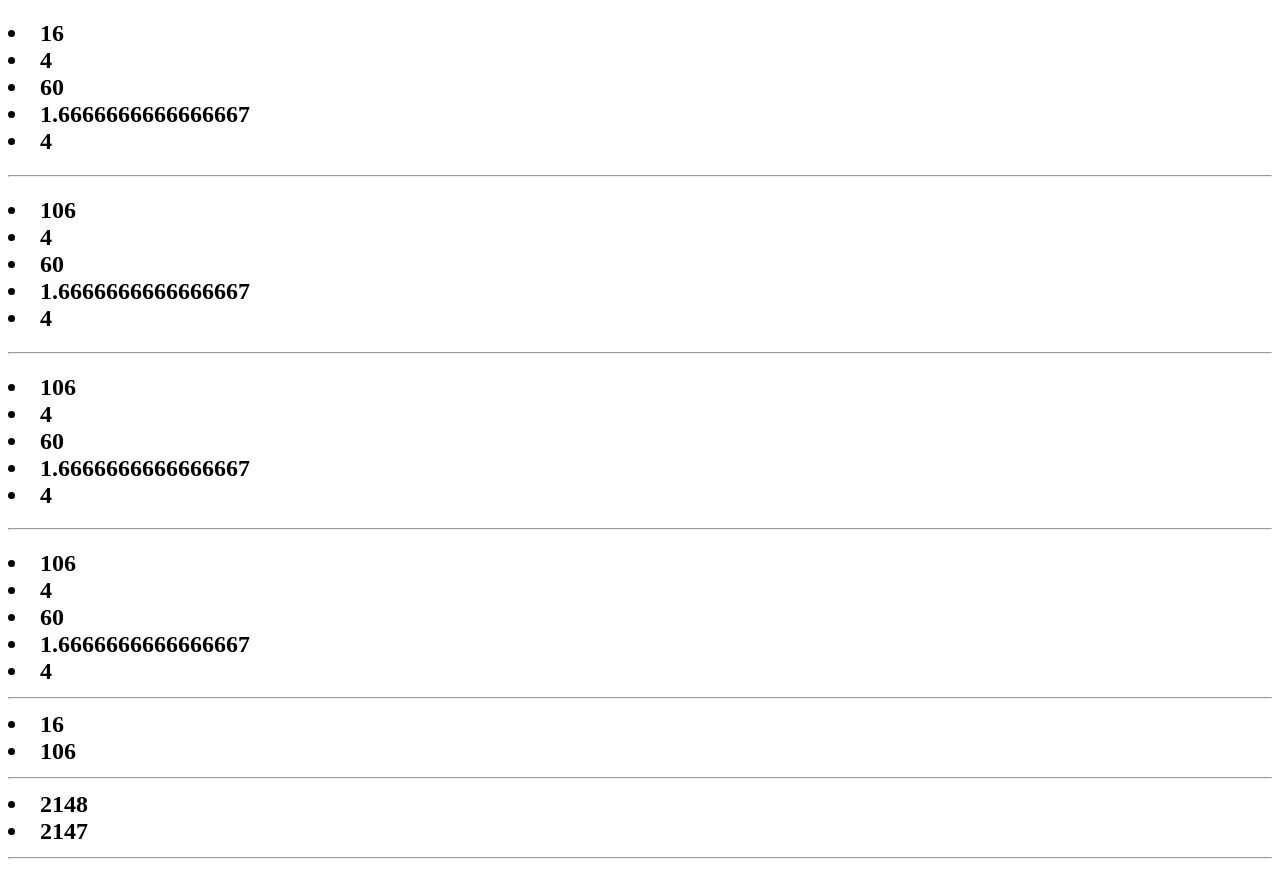
Repository: wjsjsn/23_webstudy
Page: 03_javascript/src/main/webapp/day03/Ex01_number.html
These files come from the project's save history. The page is drawn as it stood at one moment and after the next save; the edit follows.
The browser window is 1280 px wide. The pictures show the whole page.

Above is the page before, as saved 2023-06-29 01:21:44.

### 03_javascript/src/main/webapp/day03/Ex01_number.html
<!DOCTYPE html>
<html>
<head>
<meta charset="UTF-8">
<title>Number 클래스</title>
<script type="text/javascript">
	var s1 = 10;
	var s2 = 6;

	document.write("<h2>")
	document.write("<li>" + (s1 + s2) + "</li>")
	document.write("<li>" + (s1 - s2) + "</li>")
	document.write("<li>" + (s1 * s2) + "</li>")
	document.write("<li>" + (s1 / s2) + "</li>")
	document.write("<li>" + (s1 % s2) + "</li>")
	document.write("</h2>")
	document.write("<hr>")

	var s1 = "10";
	var s2 = "6";

	document.write("<h2>")
	document.write("<li>" + (s1 + s2) + "</li>")  // 계산 x, 문자 연결자
	document.write("<li>" + (s1 - s2) + "</li>")  // +를 제외한 다른 연산은 가능
	document.write("<li>" + (s1 * s2) + "</li>")
	document.write("<li>" + (s1 / s2) + "</li>")
	document.write("<li>" + (s1 % s2) + "</li>")
	document.write("</h2>")
	document.write("<hr>")

	var s1 = 10;
	var s2 = "6";

	document.write("<h2>")
	document.write("<li>" + (s1 + s2) + "</li>")  // 계산 x, 문자 연결자
	document.write("<li>" + (s1 - s2) + "</li>")  // +를 제외한 다른 연산은 가능
	document.write("<li>" + (s1 * s2) + "</li>")
	document.write("<li>" + (s1 / s2) + "</li>")
	document.write("<li>" + (s1 % s2) + "</li>")
	document.write("</h2>")
	document.write("<hr>")

	var s1 = "10";
	var s2 = 6;

	document.write("<h2>")
	document.write("<li>" + (s1 + s2) + "</li>")  // 계산 x, 문자 연결자
	document.write("<li>" + (s1 - s2) + "</li>")  // +를 제외한 다른 연산은 가능
	document.write("<li>" + (s1 * s2) + "</li>")
	document.write("<li>" + (s1 / s2) + "</li>")
	document.write("<li>" + (s1 % s2) + "</li>")
	document.write("<hr>")

	// 숫자를 문자열로 변경 : toString()
	s1 = 10;
	s2 = 6;

	document.write("<li>" + (s1 + s2) + "</li>")
	document.write("<li>" + (s1.toString() + s2) + "</li>")
	document.write("<hr>")

	// toFixed(자리 수) : 지정된 소수점 이하 자리 수 작성(반올림), 음수 사용 x
	s1 = 2147.656;
	s2 = 2147.444;

	document.write("<li>" + s1.toFixed(0) + "</li>");  // 2148
	document.write("<li>" + s2.toFixed(0) + "</li>"); // 2147
	document.write("<hr>")
	document.write("</h2>")

</script>
</head>
<body>
</body>
</html>

After the next save:
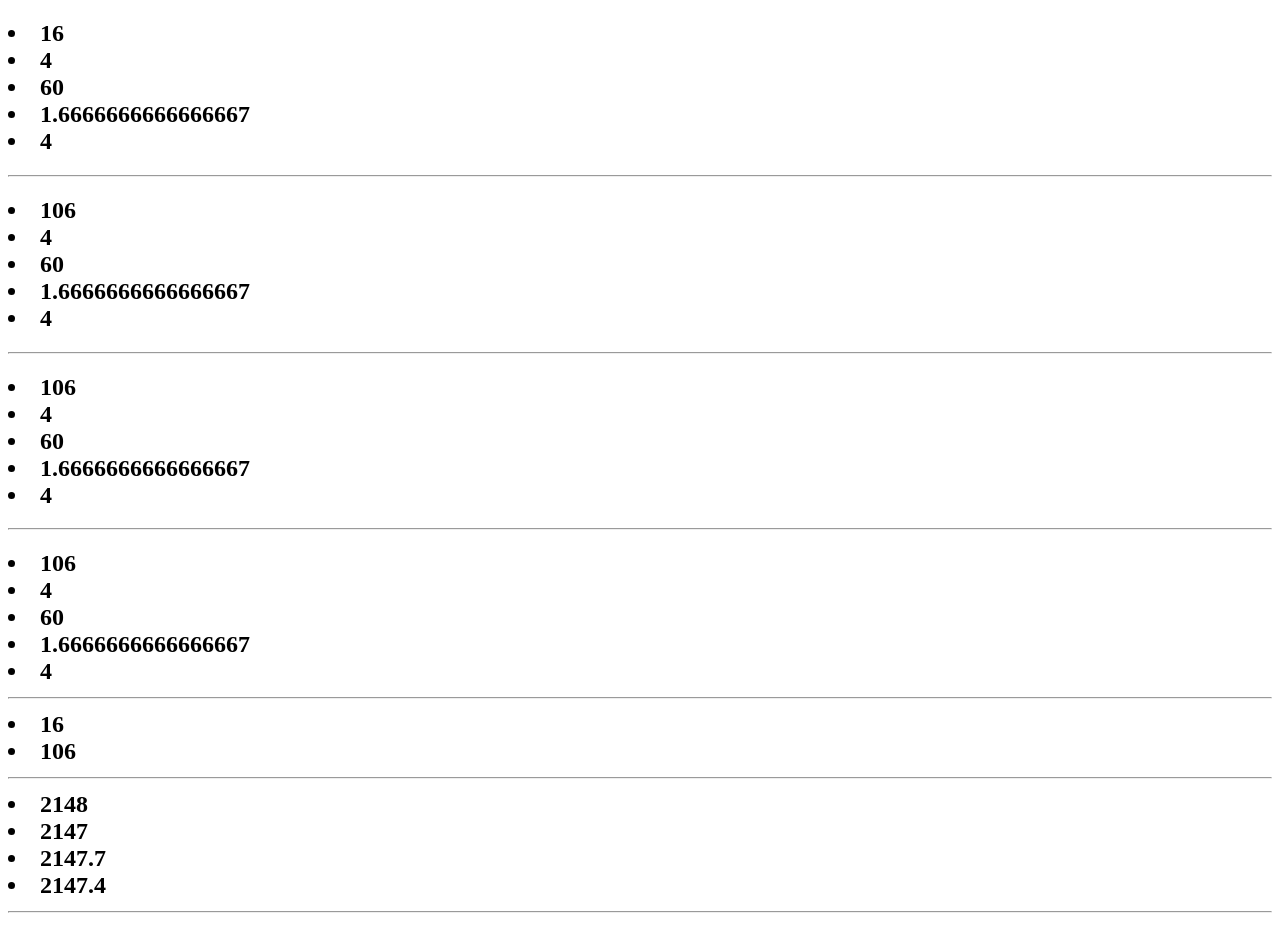
Saved 42 s later.
--- a/03_javascript/src/main/webapp/day03/Ex01_number.html
+++ b/03_javascript/src/main/webapp/day03/Ex01_number.html
@@ -65,6 +65,10 @@
 
 	document.write("<li>" + s1.toFixed(0) + "</li>");  // 2148
 	document.write("<li>" + s2.toFixed(0) + "</li>"); // 2147
+
+	document.write("<li>" + s1.toFixed(1) + "</li>");  // 2148
+	document.write("<li>" + s2.toFixed(1) + "</li>"); // 2147
+
 	document.write("<hr>")
 	document.write("</h2>")
 
